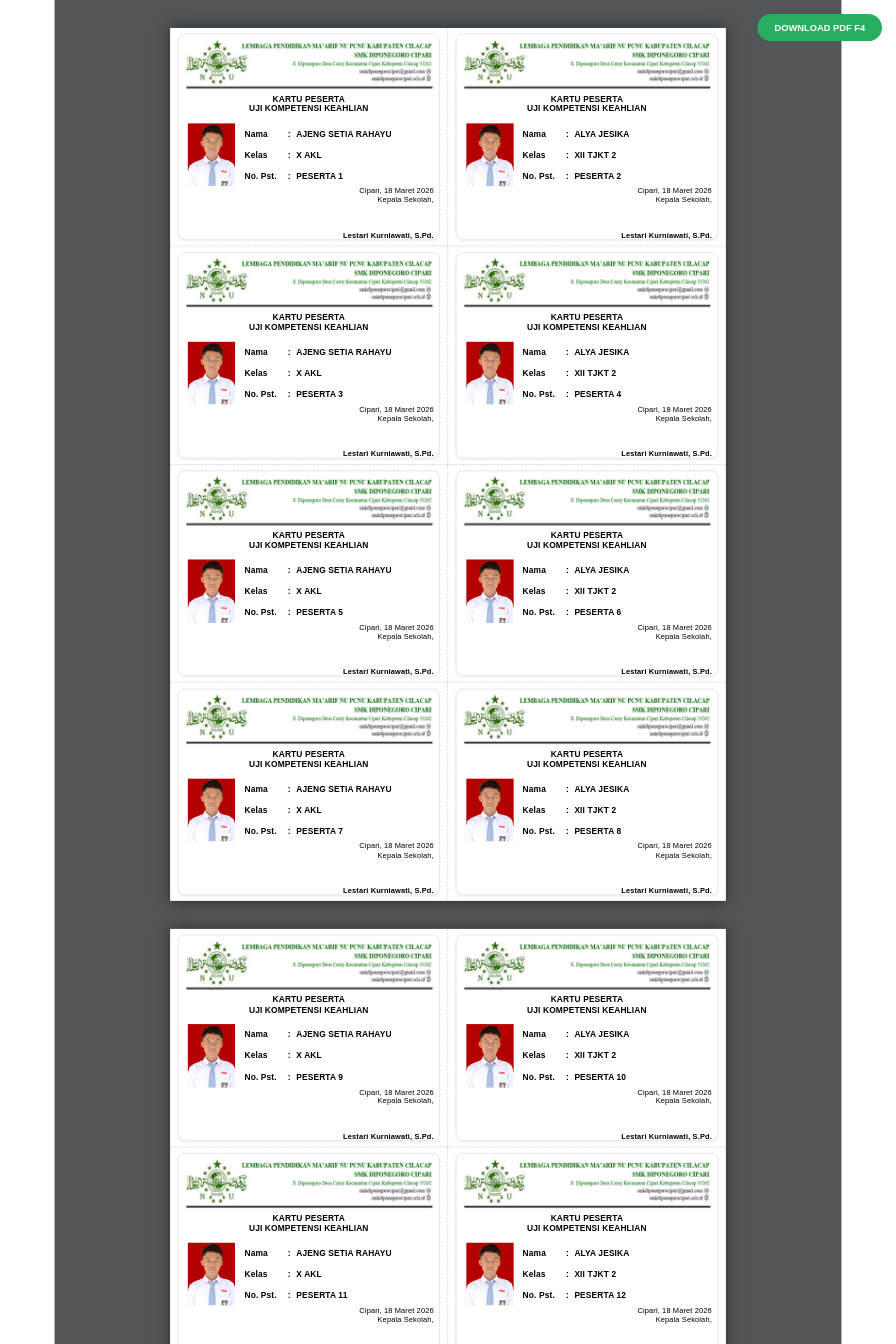
Repository: UsmanAzizz/generator-kartu-tes
Page: /
These files come from the project's save history. The page is drawn as it stood at one moment and after a run of saves; the edit follows.
The browser window is 1280 px wide. The pictures show the part of the page from y = 0 to 1920 px (the page is 2654 px tall), at 70% of full size.
The project was rebuilt for these pictures with package versions that can differ from the ones it lists, and the page was loaded fresh each time. Also part of the build but not shown: vite.config.js.

Above is the page before, as saved 2026-03-18 16:25:00.

### index.html
<!doctype html>
<html lang="en">
  <head>
    <meta charset="UTF-8" />
    <link rel="icon" type="image/svg+xml" href="/favicon.svg" />
    <meta name="viewport" content="width=device-width, initial-scale=1.0" />
    <title>generator-kartu</title>
  </head>
  <body>
    <div id="root"></div>
    <script type="module" src="/src/main.jsx"></script>
  </body>
</html>

### src/index.css
:root {
  --text: #6b6375;
  --text-h: #08060d;
  --bg: #fff;
  --border: #e5e4e7;
  --code-bg: #f4f3ec;
  --accent: #aa3bff;
  --accent-bg: rgba(170, 59, 255, 0.1);
  --accent-border: rgba(170, 59, 255, 0.5);
  --social-bg: rgba(244, 243, 236, 0.5);
  --shadow:
    rgba(0, 0, 0, 0.1) 0 10px 15px -3px, rgba(0, 0, 0, 0.05) 0 4px 6px -2px;

  --sans: system-ui, 'Segoe UI', Roboto, sans-serif;
  --heading: system-ui, 'Segoe UI', Roboto, sans-serif;
  --mono: ui-monospace, Consolas, monospace;

  font: 18px/145% var(--sans);
  letter-spacing: 0.18px;
  color-scheme: light dark;
  color: var(--text);
  background: var(--bg);
  font-synthesis: none;
  text-rendering: optimizeLegibility;
  -webkit-font-smoothing: antialiased;
  -moz-osx-font-smoothing: grayscale;

  @media (max-width: 1024px) {
    font-size: 16px;
  }
}

@media (prefers-color-scheme: dark) {
  :root {
    --text: #9ca3af;
    --text-h: #f3f4f6;
    --bg: #16171d;
    --border: #2e303a;
    --code-bg: #1f2028;
    --accent: #c084fc;
    --accent-bg: rgba(192, 132, 252, 0.15);
    --accent-border: rgba(192, 132, 252, 0.5);
    --social-bg: rgba(47, 48, 58, 0.5);
    --shadow:
      rgba(0, 0, 0, 0.4) 0 10px 15px -3px, rgba(0, 0, 0, 0.25) 0 4px 6px -2px;
  }

  #social .button-icon {
    filter: invert(1) brightness(2);
  }
}

body {
  margin: 0;
}

#root {
  width: 1126px;
  max-width: 100%;
  margin: 0 auto;
  text-align: center;
  border-inline: 1px solid var(--border);
  min-height: 100svh;
  display: flex;
  flex-direction: column;
  box-sizing: border-box;
}

h1,
h2 {
  font-family: var(--heading);
  font-weight: 500;
  color: var(--text-h);
}

h1 {
  font-size: 56px;
  letter-spacing: -1.68px;
  margin: 32px 0;
  @media (max-width: 1024px) {
    font-size: 36px;
    margin: 20px 0;
  }
}
h2 {
  font-size: 24px;
  line-height: 118%;
  letter-spacing: -0.24px;
  margin: 0 0 8px;
  @media (max-width: 1024px) {
    font-size: 20px;
  }
}
p {
  margin: 0;
}

code,
.counter {
  font-family: var(--mono);
  display: inline-flex;
  border-radius: 4px;
  color: var(--text-h);
}

code {
  font-size: 15px;
  line-height: 135%;
  padding: 4px 8px;
  background: var(--code-bg);
}

### src/App.jsx
import { useState, useRef } from 'react';
import jsPDF from 'jspdf';
import html2canvas from 'html2canvas';

import kopImage from './image.png';
import dummyFoto from './aji.jpg';

function App() {
  const [students] = useState(Array.from({ length: 16 }, (_, i) => ({
    id: i + 1,
    nama: i % 2 === 0 ? "AJENG SETIA RAHAYU" : "ALYA JESIKA",
    kelas: i % 2 === 0 ? "X AKL" : "XII TJKT 2",
    username: `PESERTA ${i + 1}`,

    noPst: `2025/UKK/${100 + i}`,
    foto: dummyFoto
  })));

  const contentRef = useRef(null);

  const downloadPDF = async () => {
    const element = contentRef.current;
    const pdf = new jsPDF('p', 'mm', [210, 330]);

    const pages = element.querySelectorAll('.page-break');

    for (let i = 0; i < pages.length; i++) {
      const canvas = await html2canvas(pages[i], {
        scale: 3,
        useCORS: true,
        logging: false
      });
      const imgData = canvas.toDataURL('image/png');
      if (i > 0) pdf.addPage('p', 'mm', [210, 330]);
      pdf.addImage(imgData, 'PNG', 0, 0, 210, 330);
    }
    pdf.save("kartu-peserta-ukk-f4.pdf");
  };

  const styles = {
    wrapper: {
      backgroundColor: '#525659',
      padding: '40px 0',
      minHeight: '100vh',
      fontFamily: 'Arial, sans-serif'
    },
    page: {
      width: '210mm',
      height: '330mm',
      backgroundColor: 'white',
      margin: '0 auto 40px auto',
      display: 'grid',
      gridTemplateColumns: 'repeat(2, 1fr)',
      gridTemplateRows: 'repeat(4, 1fr)',
      boxSizing: 'border-box',
      boxShadow: '0 0 20px rgba(0,0,0,0.5)',
      overflow: 'hidden',
    },
    // LOGIKA GARIS POTONG DALAM SAJA
    cardSlot: (index) => ({
      display: 'flex',
      alignItems: 'center',
      justifyContent: 'center',
      boxSizing: 'border-box',
      height: '100%',
      width: '100%',
      // Garis putus-putus hanya di sisi dalam (tengah horizontal & vertikal)
      borderRight: (index % 2 === 0) ? '0.5mm dashed #ccc' : 'none',
      borderBottom: (index < 6) ? '0.5mm dashed #ccc' : 'none',
    }),
    card: {
      width: '99mm',
      height: '78mm',
      backgroundColor: 'white',
      border: '1px solid #ddd',
      borderRadius: '10px',
      padding: '2mm',
      boxSizing: 'border-box',
      display: 'flex',
      flexDirection: 'column',
      position: 'relative',
      boxShadow: '0 2px 4px rgba(0,0,0,0.05)',
    },
    headerKop: { width: '100%', marginBottom: '6px' },
    titleSection: { textAlign: 'center', marginBottom: '8px' },
    titleText: { fontSize: '9pt', fontWeight: 'bold', margin: '0', lineHeight: '1.2',   color: '#000' },
    mainContent: { display: 'flex', gap: '12px', marginTop: '5px' },
    fotoWrapper: {
      width: '18mm',
      height: '24mm',
      flexShrink: 0,
      overflow: 'hidden',
      marginLeft: '1.5mm'
    },
  infoTable: {
      fontSize: '9pt',
      fontWeight: 'bold',
      width: '100%',
      height: '100%',
      textAlign: 'left',
      borderCollapse: 'collapse',
      color: '#000'

    },
    footerArea: {
      marginTop: 'auto',
      textAlign: 'right',
      fontSize: '8pt',
      lineHeight: '1.2',
        color: '#000'
    },
    signature: { fontWeight: 'bold', marginTop: '10mm' },
    btnDownload: {
      position: 'fixed', top: '20px', right: '20px', padding: '12px 24px',
      backgroundColor: '#27ae60', color: 'white', border: 'none', borderRadius: '30px',
      cursor: 'pointer', fontWeight: 'bold', zIndex: 1000
    }
  };

  const chunkData = (arr, size) => {
    return Array.from({ length: Math.ceil(arr.length / size) }, (v, i) =>
      arr.slice(i * size, i * size + size)
    );
  };

  const pages = chunkData(students, 8);

  return (
    <div style={styles.wrapper}>
      <button style={styles.btnDownload} onClick={downloadPDF}>DOWNLOAD PDF F4</button>
      <div ref={contentRef}>
        {pages.map((pageStudents, pageIdx) => (
          <div key={pageIdx} className="page-break" style={styles.page}>
            {pageStudents.map((std, index) => (
              <div key={std.id} style={styles.cardSlot(index)}>
                <div style={styles.card}>
                  <img src={kopImage} alt="KOP" style={styles.headerKop} />
                  <div style={styles.titleSection}>
                    <p style={styles.titleText}>KARTU PESERTA</p>
                    <p style={styles.titleText}>UJI KOMPETENSI KEAHLIAN</p>
                  </div>
                  <div style={styles.mainContent}>
                    <div style={styles.fotoWrapper}>
                      <img src={std.foto} alt="User" style={{width: '100%', height: '100%', objectFit: 'cover'}} />
                    </div>
                    <table style={styles.infoTable}>
                      <tbody>
                        <tr><td width="60">Nama</td><td width="10">:</td><td>{std.nama}</td></tr>
                        <tr><td>Kelas</td><td>:</td><td>{std.kelas}</td></tr>
                        <tr><td>No. Pst.</td><td>:</td><td>{std.username}</td></tr>

                      </tbody>
                    </table>
                  </div>
                  {/* Kotak Ruang seperti di contoh */}

                  <div style={styles.footerArea}>
                    <div>Cipari, 18 Maret 2026</div>
                    <div>Kepala Sekolah,</div>
                    <div style={styles.signature}>Lestari Kurniawati, S.Pd.</div>
                  </div>
                </div>
              </div>
            ))}
          </div>
        ))}
      </div>
    </div>
  );
}

export default App;

Loaded but not shown: src/main.jsx (common file)

After the next 2 saves:
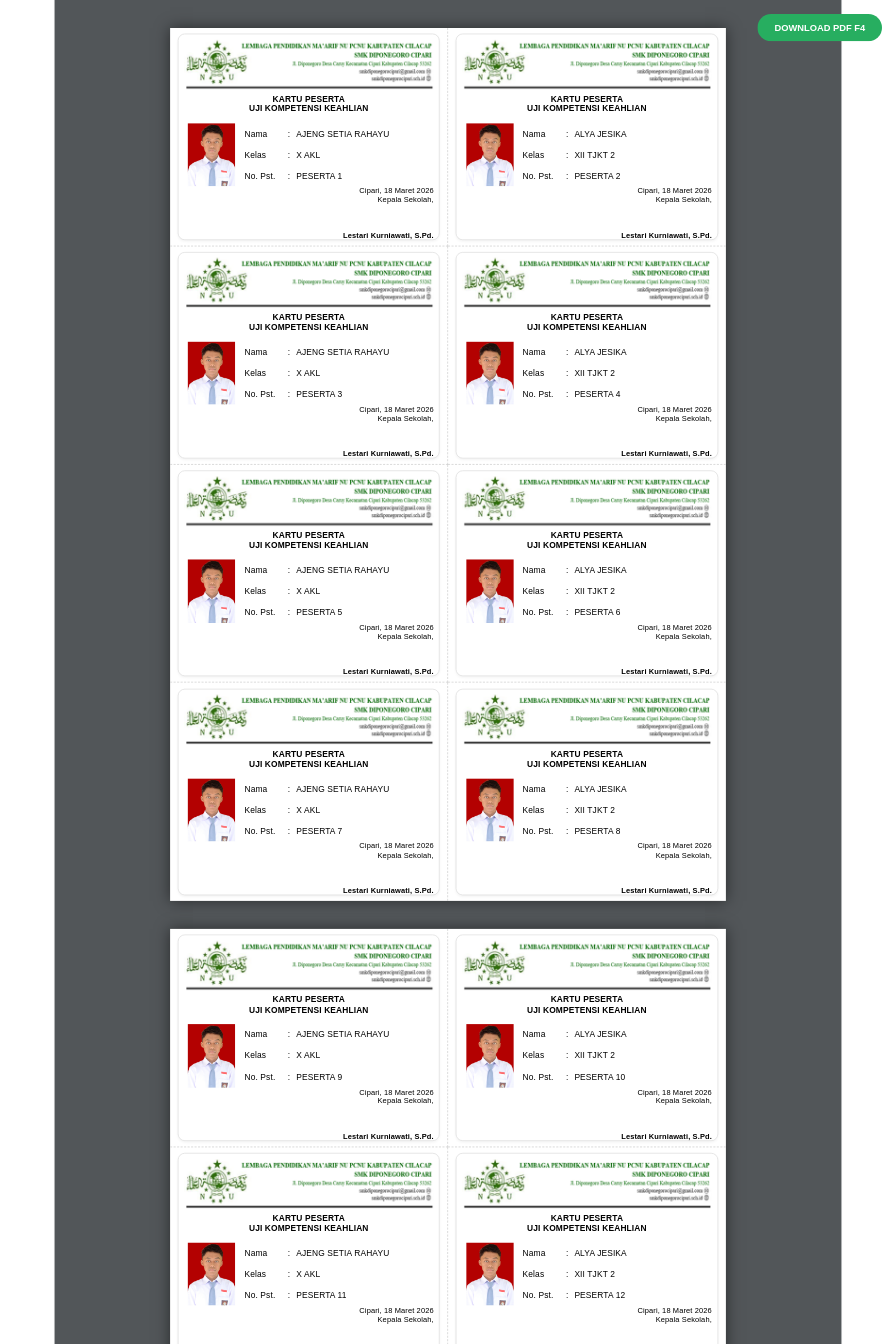
The 2 saves are shown as one change because they came seconds apart.
The last was saved 25 s later.
--- a/src/App.jsx
+++ b/src/App.jsx
@@ -94,7 +94,6 @@
     },
   infoTable: {
       fontSize: '9pt',
-      fontWeight: 'bold',
       width: '100%',
       height: '100%',
       textAlign: 'left',
